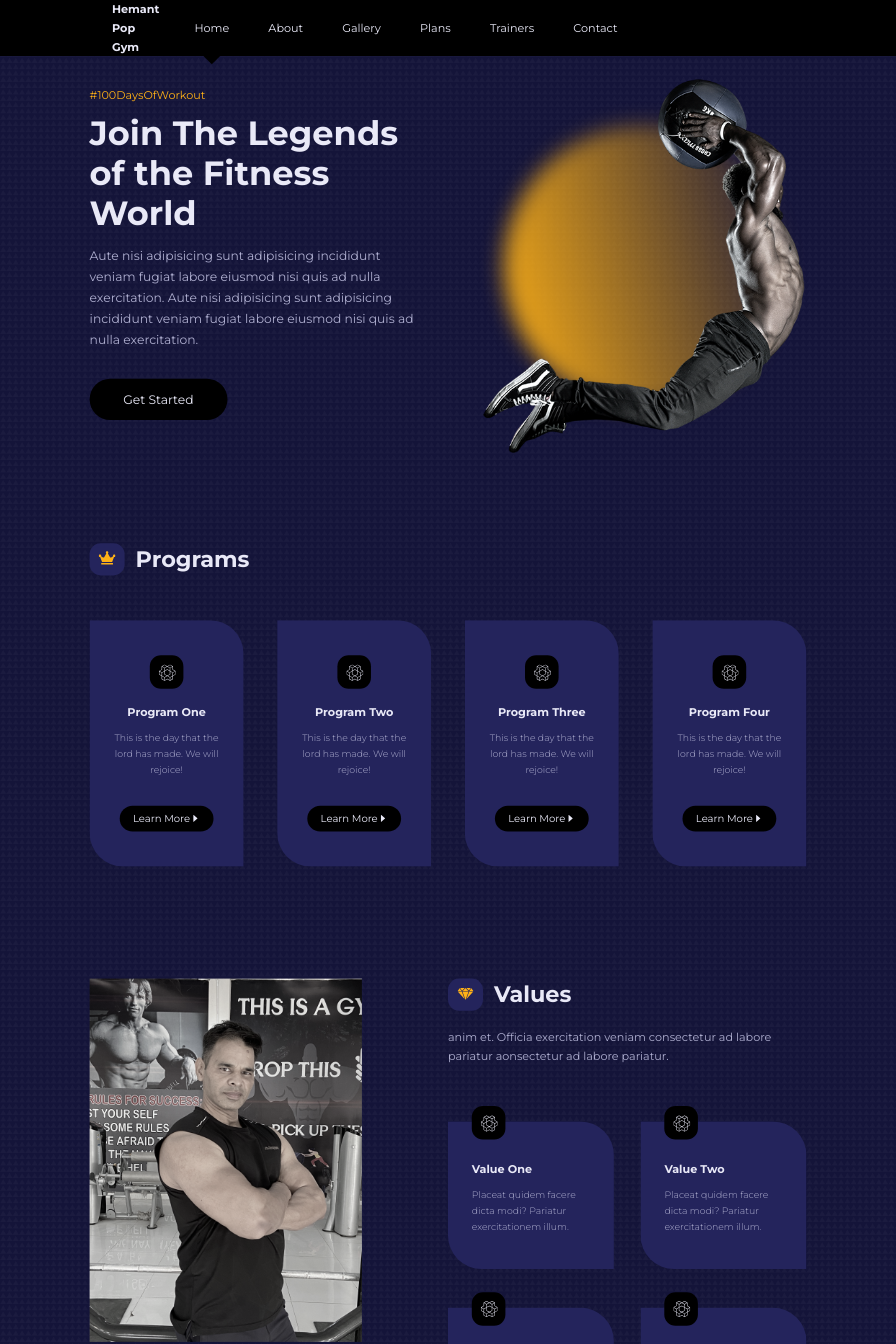
Repository: aryaMode/gym-portfolio
Page: /
The author's editor kept a copy of each file at every save. The page is drawn from the files as they stood at one save, then again after the next save.
The browser window is 1280 px wide. The pictures show the part of the page from y = 0 to 1920 px (the page is 3960 px tall), at 70% of full size.
The project was rebuilt for these pictures with package versions that can differ from the ones it lists, and the page was loaded fresh each time. Also part of the build but not shown: src/pages/about/about.css, src/components/Header.jsx, src/pages/about/About.jsx, src/pages/contact/contact.css, src/pages/contact/Contact.jsx, src/pages/gallery/gallery.css, src/pages/gallery/Gallery.jsx, src/pages/notFound/notFound.css and 6 more.

Above is the page before, as saved 2023-07-20 16:24:25.

After the next save:
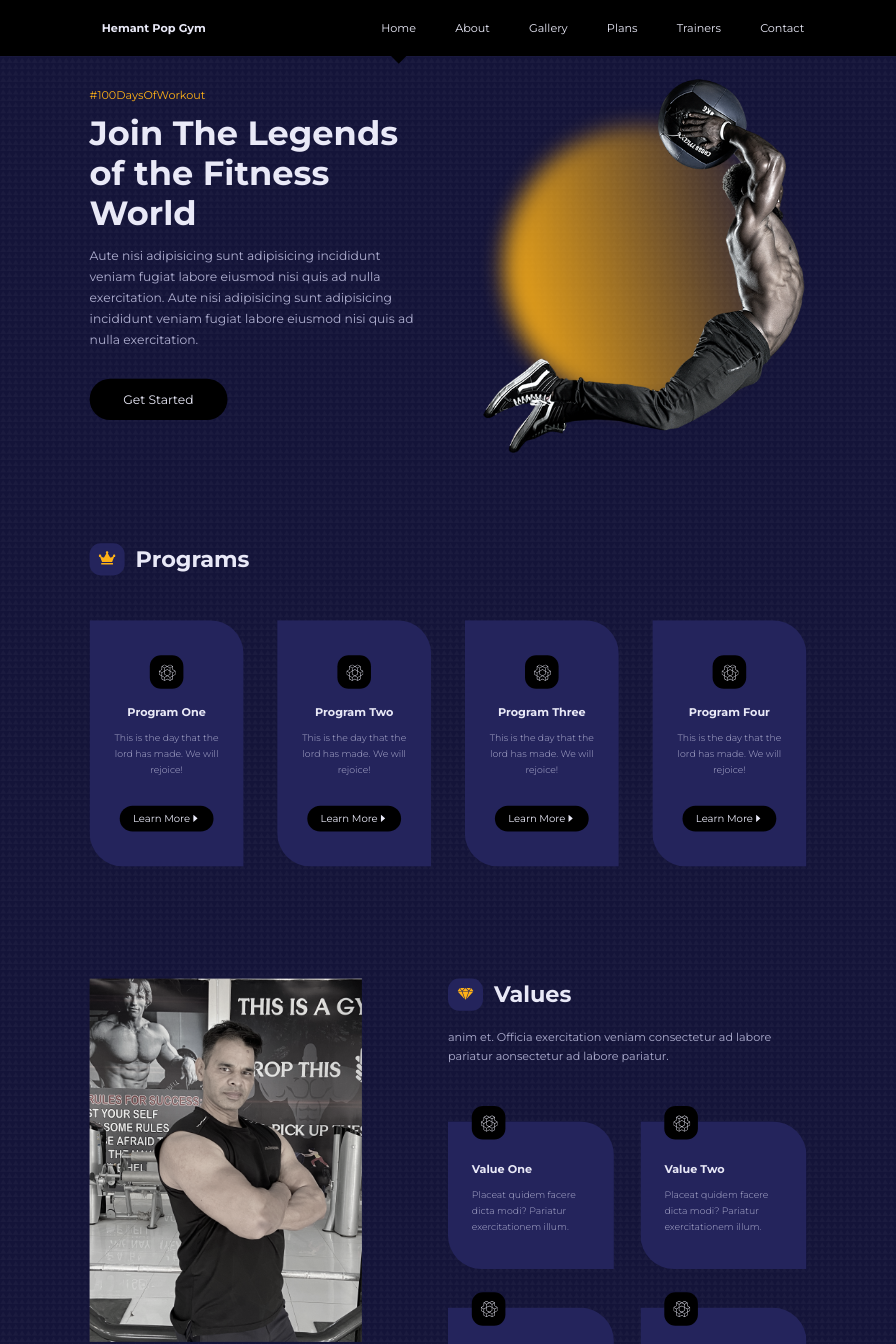
Saved 5 s later.
--- a/src/components/navbar.css
+++ b/src/components/navbar.css
@@ -17,7 +17,7 @@ nav{
 
 .nav__container {
     height: 100%;
-    padding-right: 100rem;
+    padding-right: 10rem;
     display: flex;
     justify-content: space-between;
     align-items: center;
